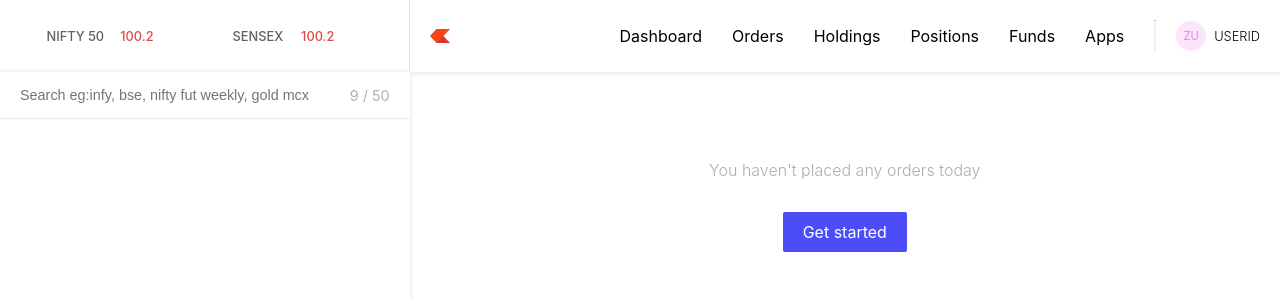
Repository: rushikesh-kolpe21/zerodha_4
Page: /orders (app in dashboard/)
These files come from the project's save history. The page is drawn as it stood at one moment and after a run of saves; the edit follows.
The browser window is 1280 px wide. The pictures show the whole page.
An inner scrolling area shows only its first screen. The project was rebuilt for these pictures with package versions that can differ from the ones it lists, and the page was loaded fresh each time. Also part of the build but not shown: dashboard/vite.config.js, dashboard/src/components/Apps.jsx, dashboard/src/components/Funds.jsx, dashboard/src/components/Holdings.jsx, dashboard/src/components/Positions.jsx, dashboard/src/components/Summary.jsx.

Above is the page before, as saved 2025-03-24 23:03:59.

### dashboard/src/App.jsx

import React from "react";
// import ReactDOM from "react-dom/client";
import { BrowserRouter, Route, Routes } from "react-router-dom";
// import "./index.css";
import Home from "./components/Home";

function App() {
  return (
    <>
      <BrowserRouter>
        <Routes>
          <Route path="/*" element={<Home />} />
        </Routes>
      </BrowserRouter>
    </>
  );
}

export default App;

### dashboard/src/components/Home.jsx
import React from 'react'
import TopBar from './TopBar'
import Dashboard from './Dashboard'

function Home() {
  return (
  <>
  <TopBar/>
  <Dashboard/>
  </>
  )
}

export default Home

### dashboard/src/components/Dashboard.jsx
import React from "react";
import { Route, Routes } from "react-router-dom";

import Apps from "./Apps";
import Funds from "./Funds";
import Holdings from "./Holdings";

import Orders from "./Orders";
import Positions from "./Positions";
import Summary from "./Summary";
import WatchList from "./WatchList";
// import { GeneralContextProvider } from "./GeneralContext";

const Dashboard = () => {
  return (
    <div className="dashboard-container">


        <WatchList />

      <div className="content">
        <Routes>
          <Route exact path="/" element={<Summary />} />
          <Route path="/orders" element={<Orders />} />
          <Route path="/holdings" element={<Holdings />} />
          <Route path="/positions" element={<Positions />} />
          <Route path="/funds" element={<Funds />} />
          <Route path="/apps" element={<Apps />} />
        </Routes>
      </div>
    </div>
  );
};

export default Dashboard;

### dashboard/src/components/Menu.jsx
import React from "react";

const Menu = () => {

    let handleProfileClick=()=>{
        console.log("object")
    }
  return (
    <div className="menu-container">
      <img src="logo.png" style={{ width: "20px" }} />
      <div className="menus">
        <ul>
          <li>
            <p>Dashboard</p>
          </li>
          <li>
            <p>Orders</p>
          </li>
          <li>
            <p>Holdings</p>
          </li>
          <li>
            <p>Positions</p>
          </li>
          <li>
            <p>Funds</p>
          </li>
          <li>
            <p>Apps</p>
          </li>
        </ul>
        <hr />
        <div className="profile" onClick={handleProfileClick}>
          <div className="avatar">ZU</div>
          <p className="username">USERID</p>
        </div>
      </div>
    </div>
  );
};

export default Menu;

### dashboard/src/components/WatchList.jsx
import React from "react";

const WatchList = () => {
  return (
    <div className="watchlist-container">
      <div className="search-container">
        <input
          type="text"
          name="search"
          id="search"
          placeholder="Search eg:infy, bse, nifty fut weekly, gold mcx"
          className="search"
        />
        <span className="counts"> 9 / 50</span>
      </div>

      <ul className="list"></ul>
    </div>
  );
};

export default WatchList;

Loaded but not shown: dashboard/index.html (common file); dashboard/src/main.jsx (common file); dashboard/src/index.css (common file); dashboard/src/components/TopBar.jsx (common file); dashboard/src/components/Orders.jsx (common file)

After the next 2 saves:
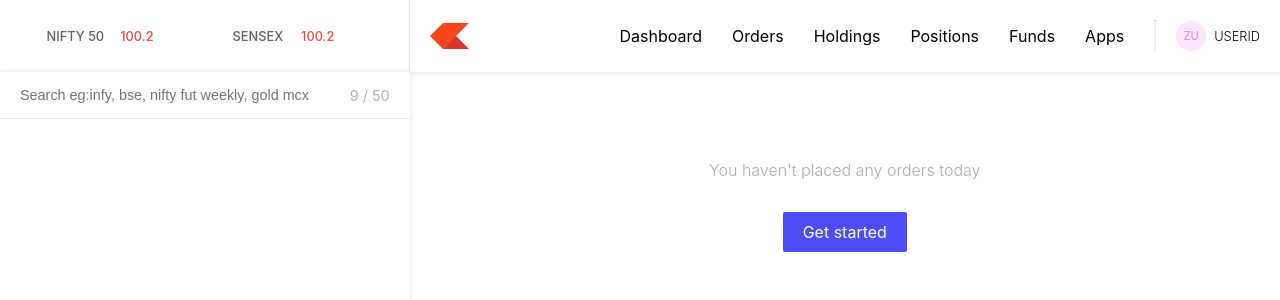
The 2 saves are shown as one change because they came seconds apart.
The last was saved 8 s later.
--- a/dashboard/src/components/Menu.jsx
+++ b/dashboard/src/components/Menu.jsx
@@ -7,7 +7,7 @@
     }
   return (
     <div className="menu-container">
-      <img src="logo.png" style={{ width: "20px" }} />
+      <img src="logo.png" style={{ width: "39px" }} />
       <div className="menus">
         <ul>
           <li>
